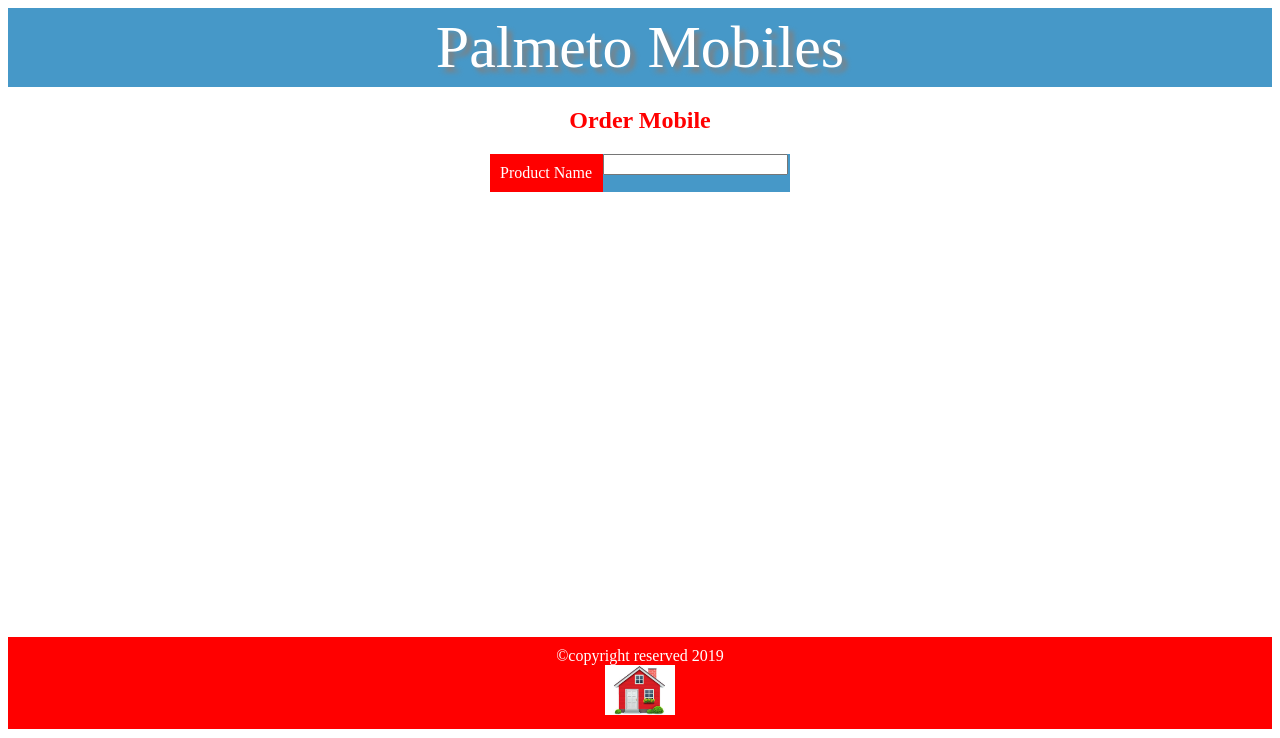
Repository: abhishekj720/HSBCLearn
Page: gagan/JEE/HtmlCssDemo/WebContent/Order.html
These files come from the project's save history. The page is drawn as it stood at one moment and after the next save; the edit follows.
The browser window is 1280 px wide. The pictures show the whole page.

Above is the page before, as saved 2019-07-29 10:41:08.

After the next save:
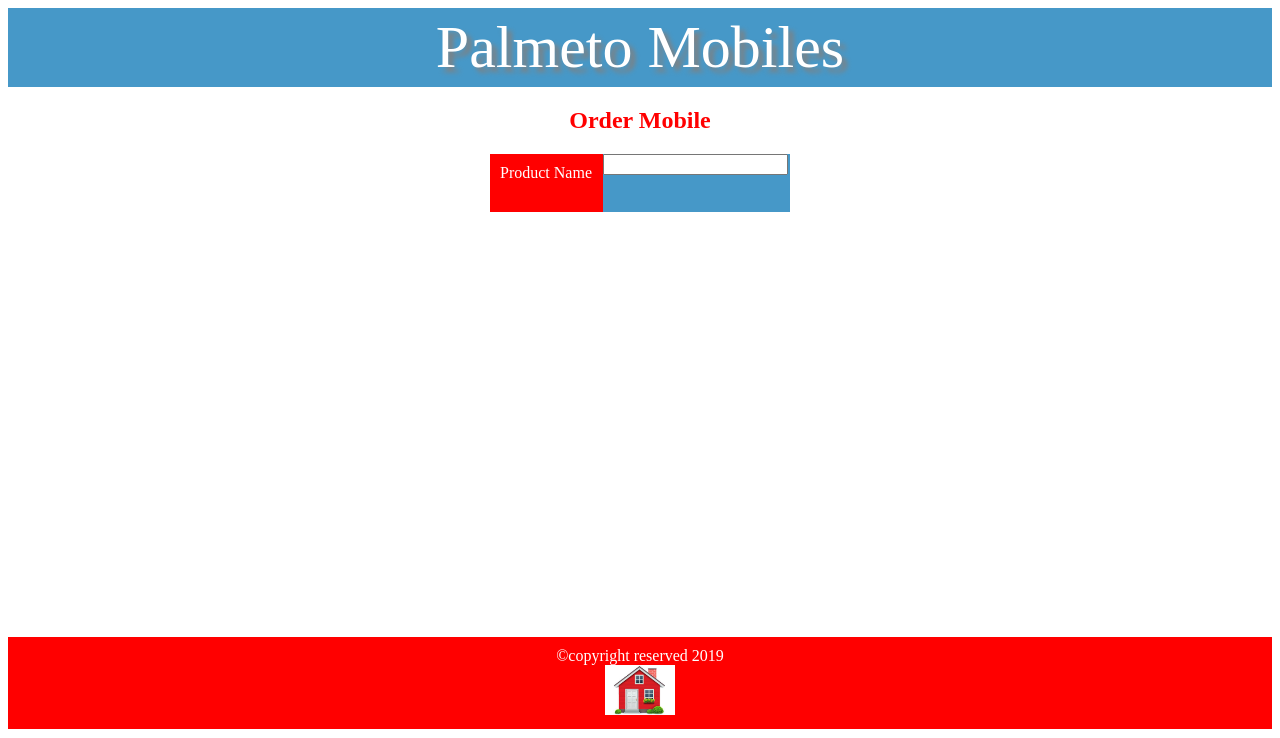
Saved 97 s later.
--- a/gagan/JEE/HtmlCssDemo/WebContent/Order.html
+++ b/gagan/JEE/HtmlCssDemo/WebContent/Order.html
@@ -32,6 +32,13 @@
 			</datalist>
 			</div>
 	</div>
+
+	<div class = "row">
+		<div class="title"> </div>
+		<div class = "data"></div>
+	</div>
+
+
 	</section>
 
 
